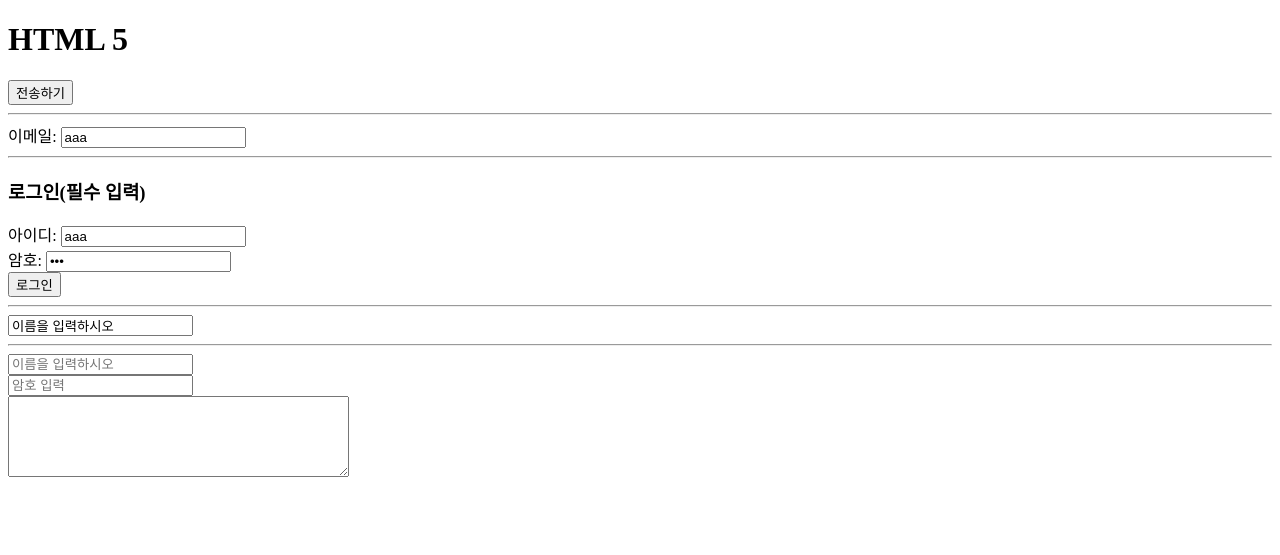
Repository: seula123/Front-End
Page: ClientTest/src/main/webapp/html/ex19.html
These files come from the project's save history. The page is drawn as it stood at one moment and after the next save; the edit follows.
The browser window is 1280 px wide. The pictures show the whole page.

Above is the page before, as saved 2023-09-21 08:19:50.

### ClientTest/src/main/webapp/html/ex19.html
<!DOCTYPE html>
<html>
<head>
<meta charset="UTF-8">
<title>Insert title here</title>
</head>
<body>

	<!-- ex19.html -->
	<h1>HTML 5</h1>

	<form method = "POST" action = "ex18_server.jsp">

		<input type = "submit" value="전송하기">
		<hr>


			이메일: <input type = "email"required value="aaa">




		<hr>

			<h3>로그인(필수 입력)</h3>
				아이디: <input type = "text" required value="aaa"><br>
				암호: <input type = "password" required value="bbb"><br>
				<input type = "submit" value = "로그인">



		<hr>
		<input type = "text" value="이름을 입력하시오"
		onfocus = "this.value = '';">

		<hr>

		<input type = "text" placeholder = "이름을 입력하시오">
		<br>
		<input type = "password" placeholder = "암호 입력">
		<br>
		<textarea cols ="40" rows ="5" placeholder = "자기소개">



		</textarea>

	</form>








</body>
</html>

After the next save:
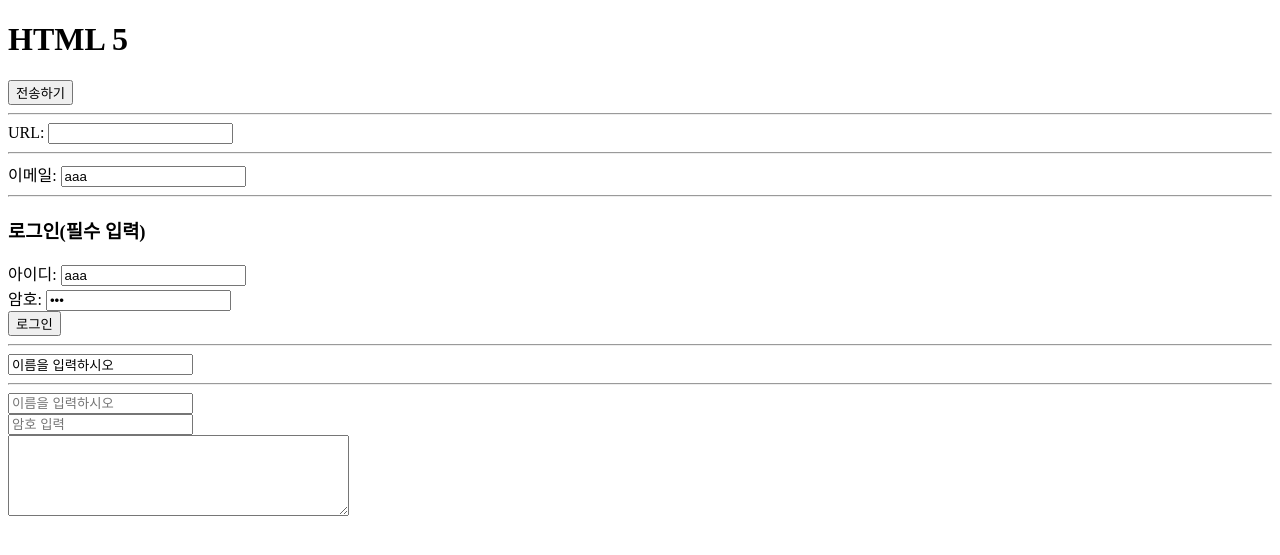
Saved 70 s later.
--- a/ClientTest/src/main/webapp/html/ex19.html
+++ b/ClientTest/src/main/webapp/html/ex19.html
@@ -12,6 +12,8 @@
 	<form method = "POST" action = "ex18_server.jsp">
 
 		<input type = "submit" value="전송하기">
+		<hr>
+			URL: <input type ="url">
 		<hr>
 
 
